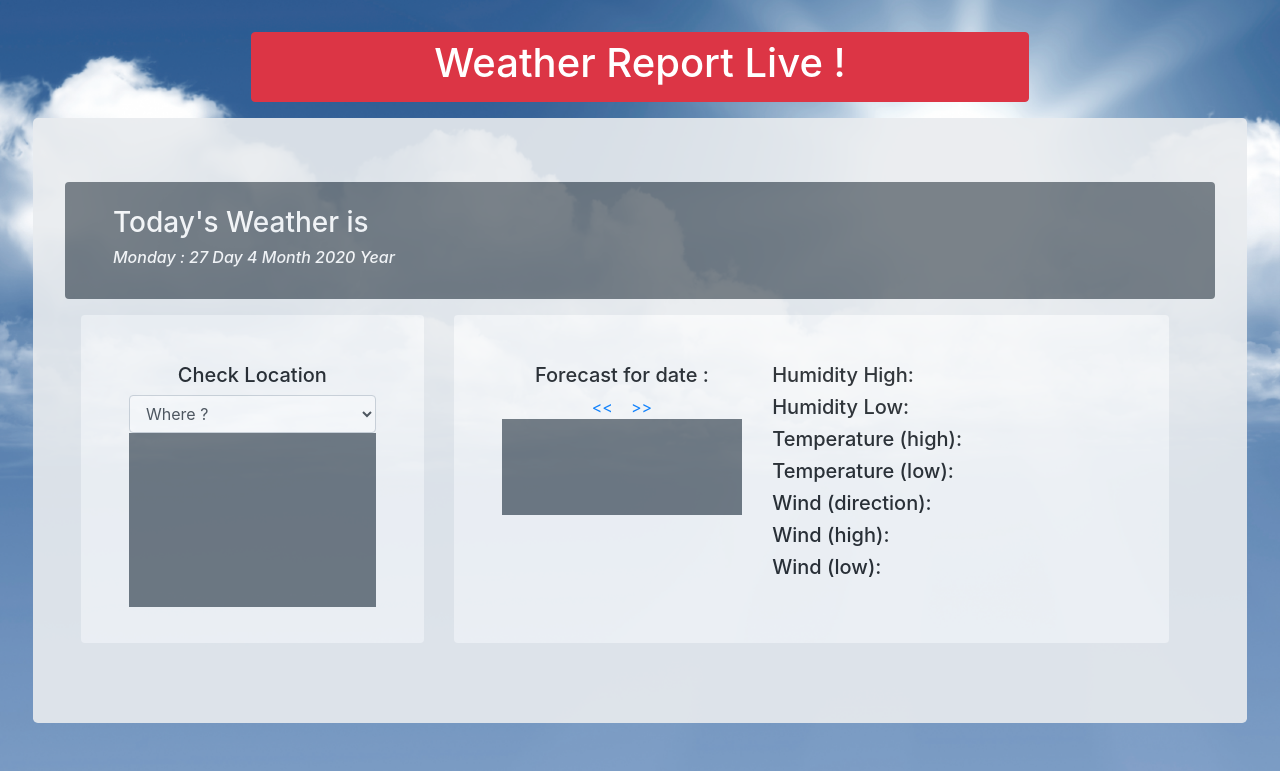
Repository: Code-Institute-Submissions/projectchen88-weatherForecast
Page: index.html
The author's editor kept a record of every edit. The page is drawn from the files as they stood at one moment, then again after the next edit.
The browser window is 1280 px wide. The pictures show the whole page.
The page's requests for data from a server got no answer.

Above is the page before.
Console error (its wording comes from the project's code and is left out).

After the next edit:
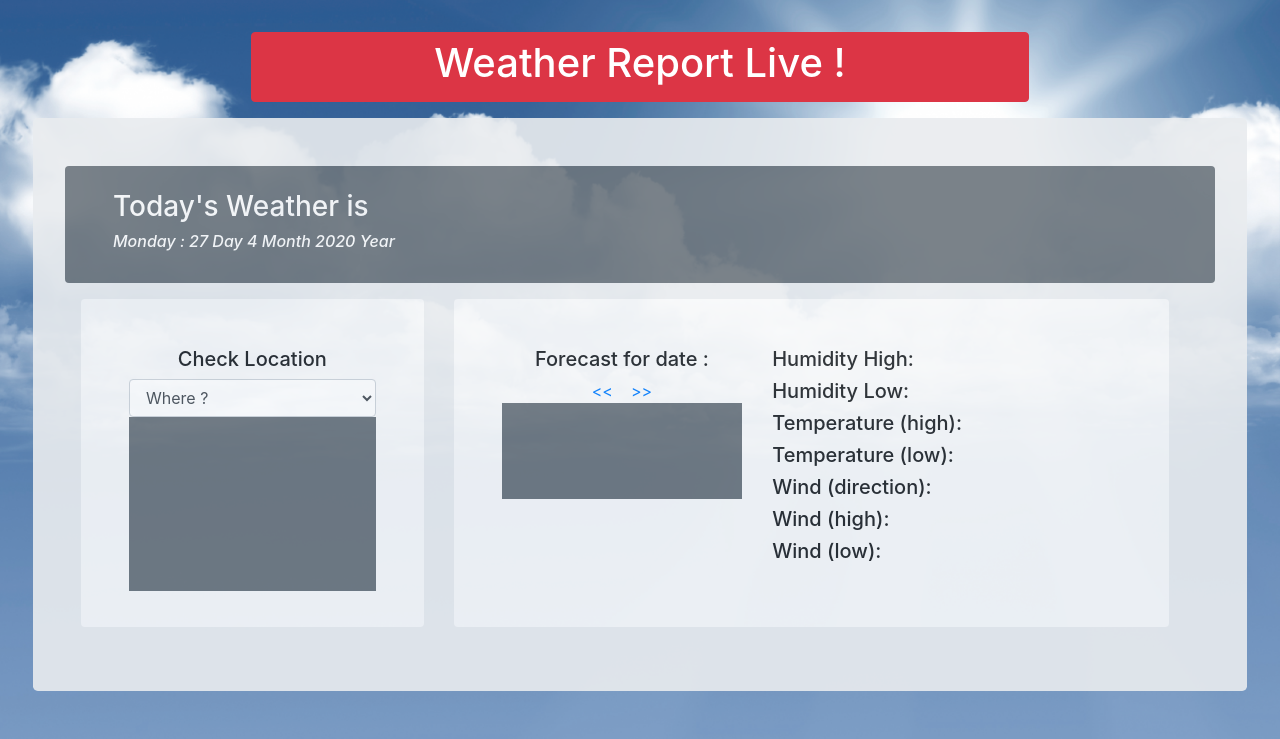
The edit:
--- a/index.html
+++ b/index.html
@@ -26,7 +26,7 @@
         </div>
 
         <!--Current Weather -->
-        <div class="row jumbotron">
+        <div class="row jumbotron py-5">
             <div class="col-12 px-5 py-4 bg-secondary text-light rounded">
                 <h3>Today's Weather is <span id='status'></span></h3>
                 <h6 id='dateToday' class='font-italic'></h6>
